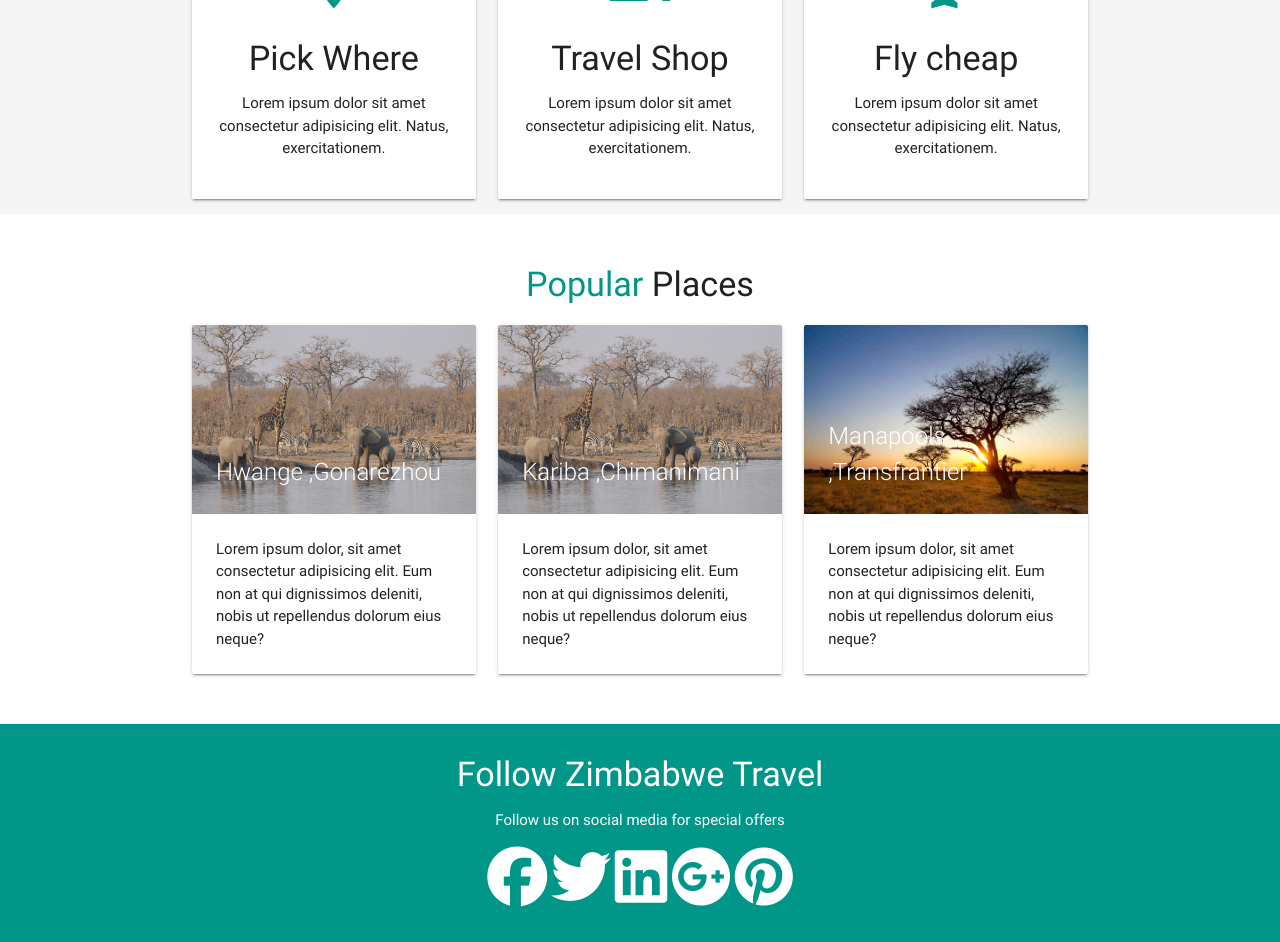
Repository: farrdy/materialize_website1_zim
Page: index.html
These files come from the project's save history. The page is drawn as it stood at one moment and after the next save; the edit follows.
The browser window is 1280 px wide. The pictures show the part of the page from y = 878 to 1830 px (the page is 1820 px tall before and 1830 px after).
Some web libraries are served in a nearby version.

Above is the page before, as saved 2020-01-01 22:47:56.

After the next save:
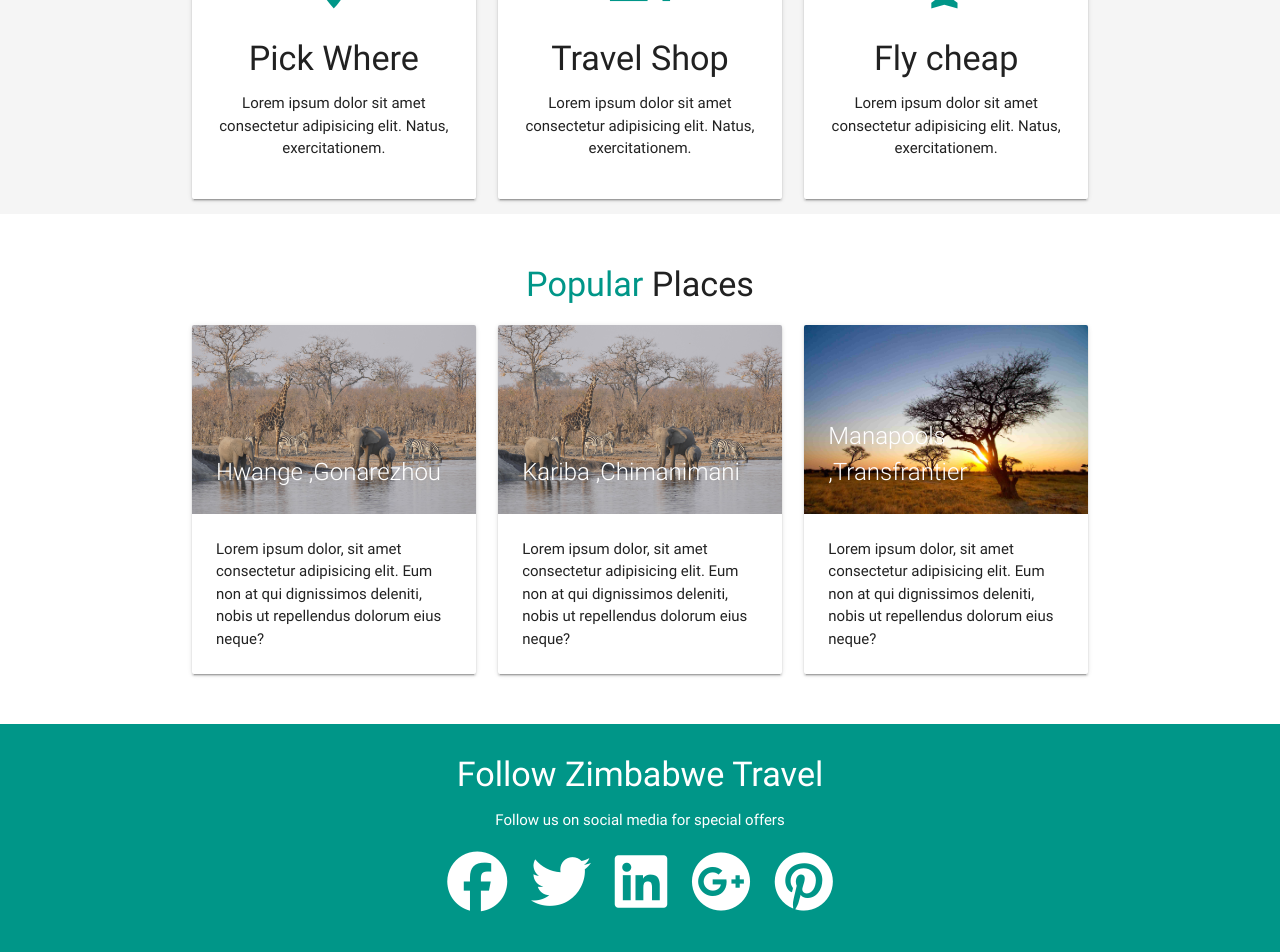
Saved 7 min 17 s later.
--- a/css/main.css
+++ b/css/main.css
@@ -14,3 +14,7 @@
   width: 100%;
   text-align: center;
 }
+
+.section-follow .fa-4x {
+  margin: 5px 10px;
+}
